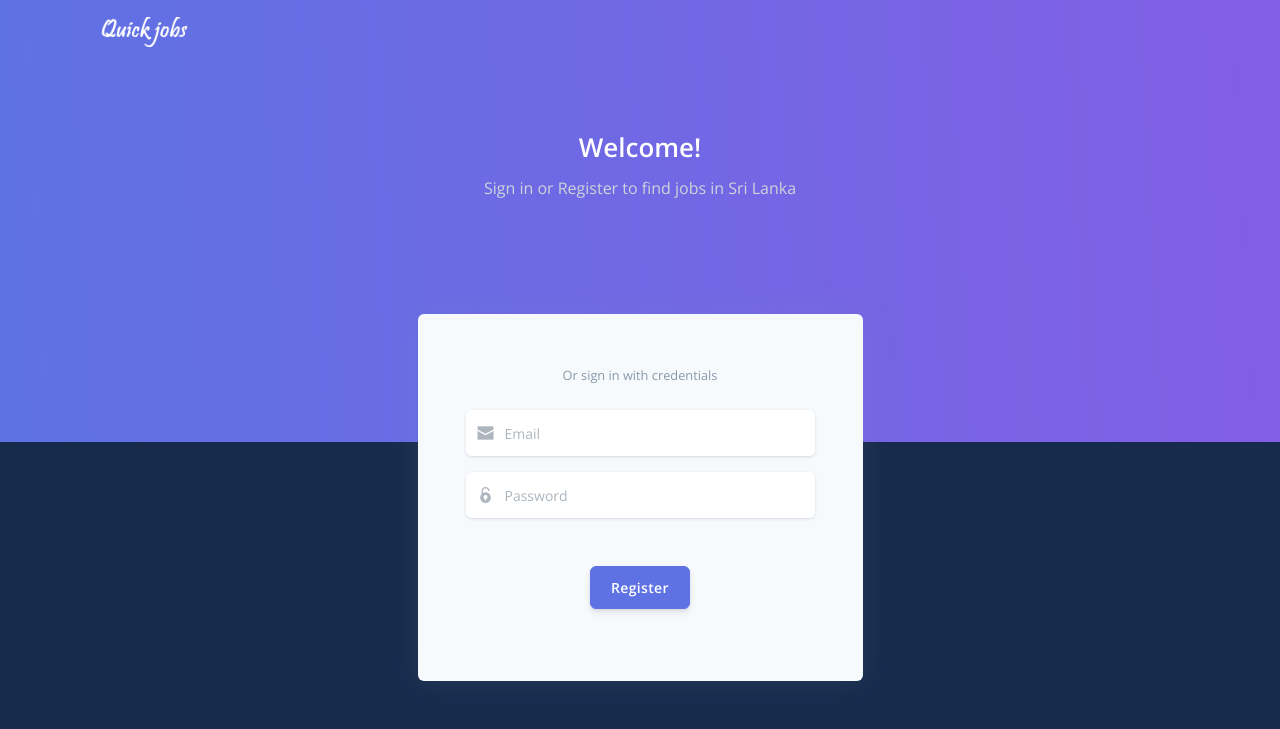
Repository: ROCKY-SAM/laravelAdmin
Page: http://localhost/register
These files come from the project's save history. The page is drawn as it stood at one moment and after the next save; the edit follows.
The browser window is 1280 px wide. The pictures show the whole page.
The page is served by the project's Laravel application, run on PHP 8.4 with Laravel 8.

Above is the page before, as saved 2018-11-18 23:17:35.

After the next save:
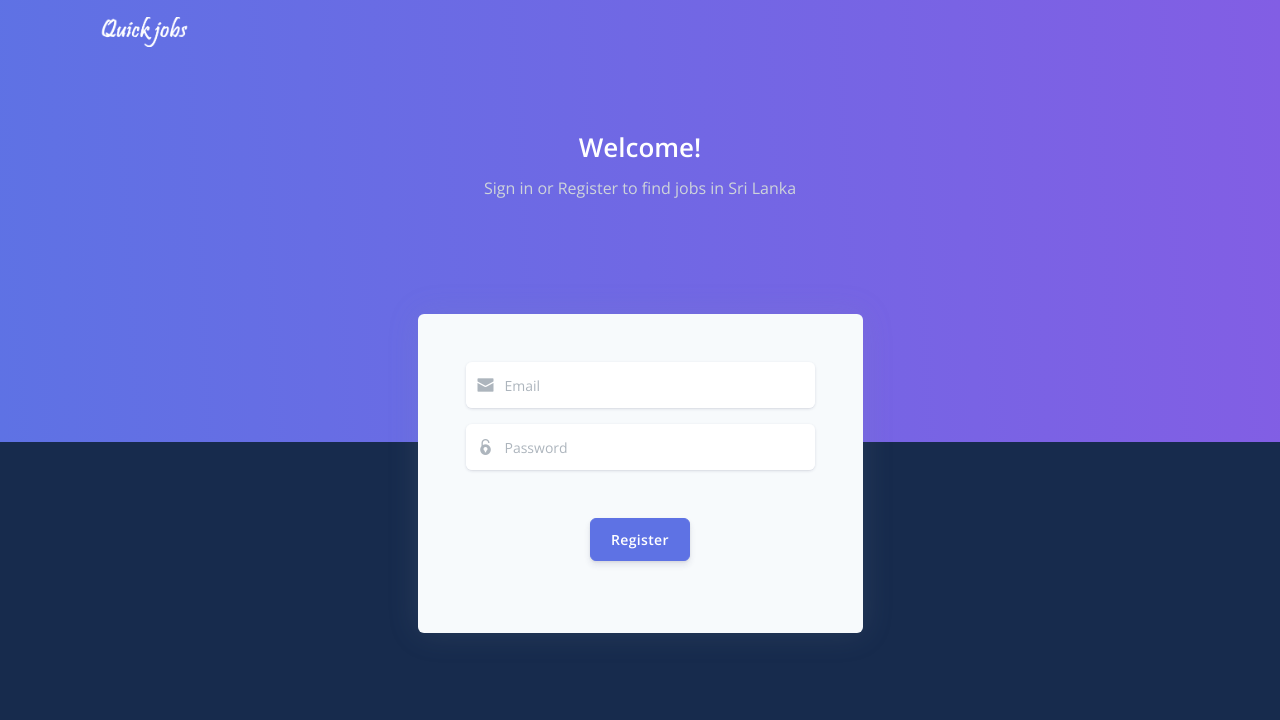
Saved 7 s later.
--- a/resources/views/auth/register.blade.php
+++ b/resources/views/auth/register.blade.php
@@ -73,9 +73,7 @@
           <div class="card bg-secondary shadow border-0">
 
             <div class="card-body px-lg-5 py-lg-5">
-              <div class="text-center text-muted mb-4">
-                <small>Or sign in with credentials</small>
-              </div>
+
                 @if ($errors->has('email'))
                     <div class="alert alert-warning alert-dismissible fade show" role="alert">
                       <span class="alert-inner--icon"><i class="fas fa-exclamation"></i></span>
